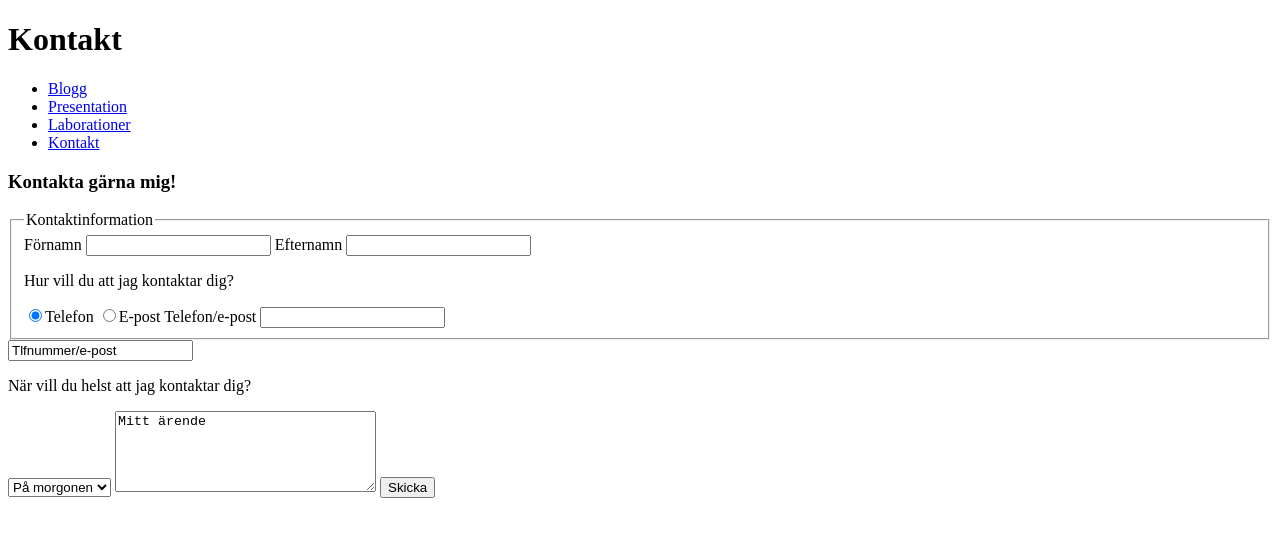
Repository: js223kz/1ik415-laborationer
Page: Pages/contact.html
The author's editor kept a record of every edit. The page is drawn from the files as they stood at one moment, then again after the next edit.
The browser window is 1280 px wide. The pictures show the whole page.

Above is the page before.

### Pages/contact.html
<!doctype html>
<html lang="sv">
    <head>
      <meta charset="utf-8" />
      <title>Kontakt</title>
    </head>

    <body>
        <header>
            <h1>Kontakt</h1>

        </header>

        <nav>
            <ul>
                <li><a href="../index.html">Blogg</a></li>
                <li><a href="presentation.html">Presentation</a></li>
                <li><a href="laborations.html">Laborationer</a></li>
                <li><a href="contact.html">Kontakt</a></li>
            </ul>

        <div id="content">
            <div id="contact">
                <h3>Kontakta gärna mig!</h3>

                <form method= "POST" action="http://voyager.lnu.se/tekinet/kurser/dtt/wp_webbintro/form.php">

                <fieldset>
                    <legend>Kontaktinformation</legend>

                    <label for="firstname">Förnamn</label>
                    <input type="text" id="firstname" name="firstname"/>

                    <label for="lastname">Efternamn</label>
                    <input type="text" id="lastname" name="lastname"/>

                    <p>Hur vill du att jag kontaktar dig?</p>
                    <input type="radio" value="telefon" name="contactoption" checked/>Telefon
                    <input type="radio" value="telefon" name="contactoption"/>E-post

                    <label for="contactinfo">Telefon/e-post</label>
                    <input type="text" id="contactinfo" name="contactinfo"/>

                </fieldset>



                    <input type="text" name="contactinfo" value="Tlfnummer/e-post"/>

                    <p>När vill du helst att jag kontaktar dig?</p>
                    <select name="when" id="when">
                        <option checked>På morgonen</option>
                        <option>Efter lunch</option>
                        <option>På kvällen</option>
                    </select>

                    <textarea cols="30" rows="5" value="whatiwant">Mitt ärende</textarea>

                    <button type="submit">Skicka</button>
                </form>
            </div>
        </div>

    </body>
</html>

After the next edit:
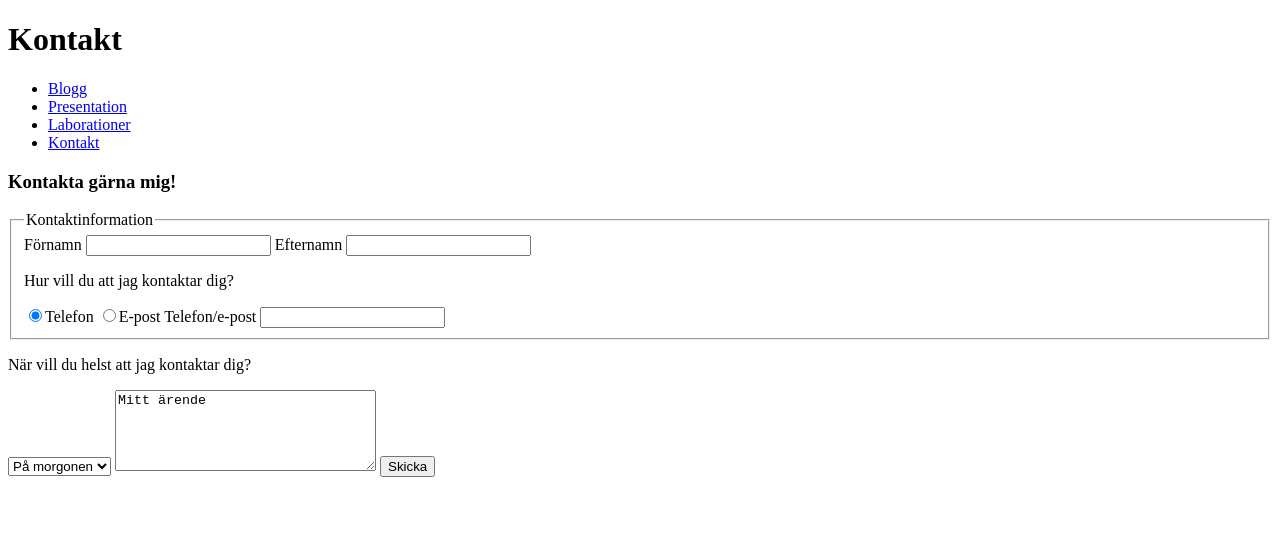
The edit:
--- a/Pages/contact.html
+++ b/Pages/contact.html
@@ -45,8 +45,6 @@
 
 
 
-                    <input type="text" name="contactinfo" value="Tlfnummer/e-post"/>
-
                     <p>När vill du helst att jag kontaktar dig?</p>
                     <select name="when" id="when">
                         <option checked>På morgonen</option>
